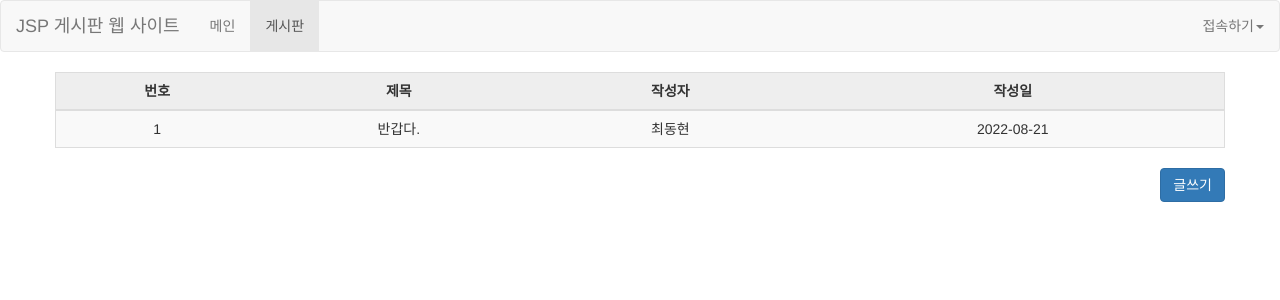
Repository: flown222/JSP_BasicWebsite_Project
Page: http://localhost/BBS/bbs.jsp
An editor plug-in stored every save of this project. The page is shown before and after the next save, followed by the edit.
The browser window is 1280 px wide. The pictures show the whole page.
The page is served by Tomcat 9.

Above is the page before, as saved 2022-08-21 06:55:30.

After the next save:
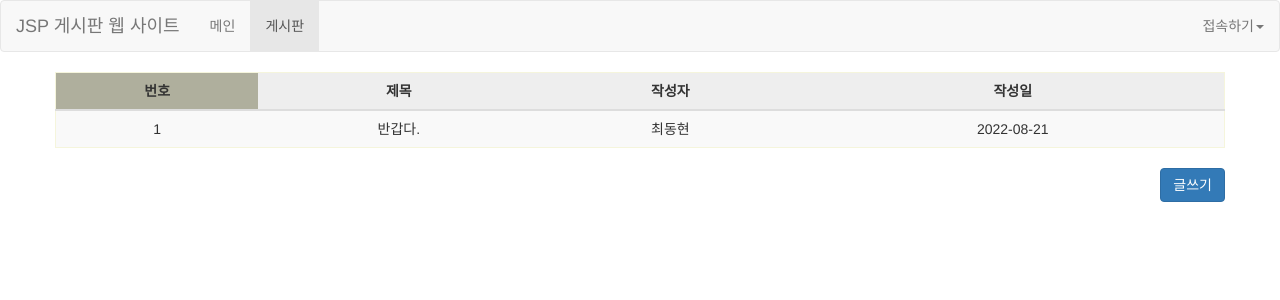
Saved 104 s later.
--- a/projects /BBS/src/main/webapp/bbs.jsp
+++ b/projects /BBS/src/main/webapp/bbs.jsp
@@ -70,10 +70,10 @@
 	</nav>
 	<div class="container">
 		<div class="row">
-			<table class="table table-striped" style="text-align : center; border: 1px solid #dddddd">
+			<table class="table table-striped" style="text-align : center; border: 1px solid #F5F5DC">
 				<thead>
 					<tr>
-						<th style="background-color: #eeeeee; text-align: center;">번호</th>
+						<th style="background-color: #AFAF9D; text-align: center;">번호</th>
 						<th style="background-color: #eeeeee; text-align: center;">제목</th>
 						<th style="background-color: #eeeeee; text-align: center;">작성자</th>
 						<th style="background-color: #eeeeee; text-align: center;">작성일</th>

After the save that followed:
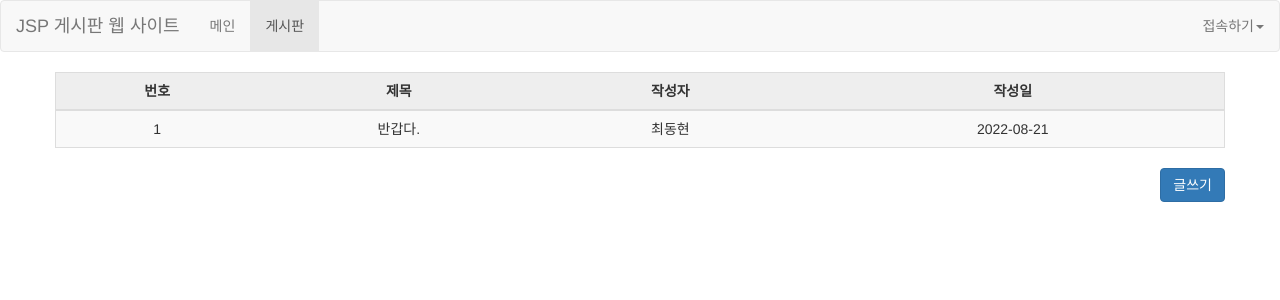
Saved 40 s later.
--- a/projects /BBS/src/main/webapp/bbs.jsp
+++ b/projects /BBS/src/main/webapp/bbs.jsp
@@ -70,10 +70,10 @@
 	</nav>
 	<div class="container">
 		<div class="row">
-			<table class="table table-striped" style="text-align : center; border: 1px solid #F5F5DC">
+			<table class="table table-striped" style="text-align : center; border: 1px solid #dddddd">
 				<thead>
 					<tr>
-						<th style="background-color: #AFAF9D; text-align: center;">번호</th>
+						<th style="background-color: #eeeeee; text-align: center;">번호</th>
 						<th style="background-color: #eeeeee; text-align: center;">제목</th>
 						<th style="background-color: #eeeeee; text-align: center;">작성자</th>
 						<th style="background-color: #eeeeee; text-align: center;">작성일</th>
